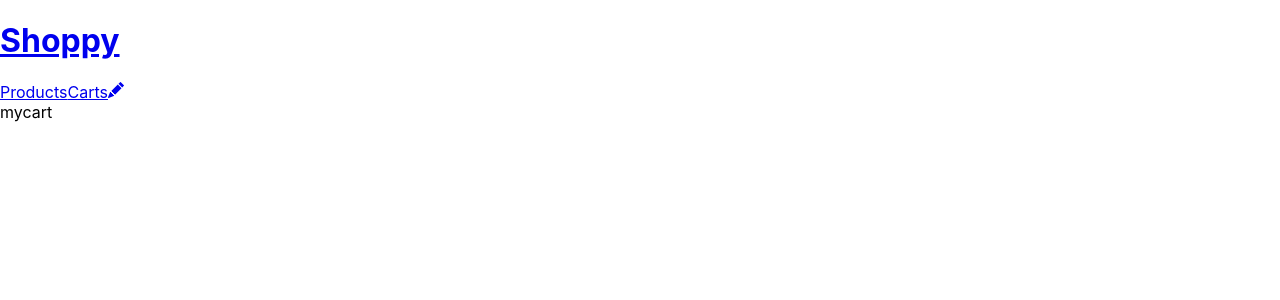
Repository: SeungYn/shoppy
Page: /carts
These files come from the project's save history. The page is drawn as it stood at one moment and after the next save; the edit follows.
The browser window is 1280 px wide. The pictures show the whole page.
The project was rebuilt for these pictures with package versions that can differ from the ones it lists, and the page was loaded fresh each time. Also part of the build but not shown: src/App.css, src/pages/Home.jsx, src/pages/AllProducts.jsx, src/pages/ProductDetail.jsx.

Above is the page before, as saved 2022-11-17 12:26:23.

After the next save:
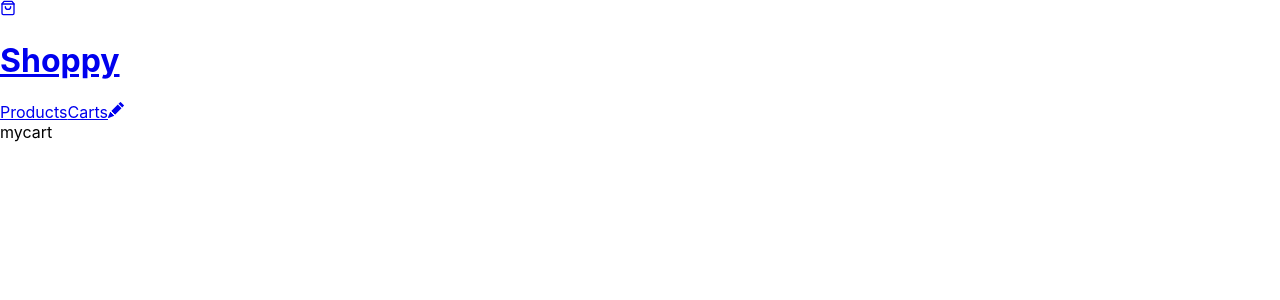
Saved 10 s later.
--- a/src/components/Header.jsx
+++ b/src/components/Header.jsx
@@ -7,6 +7,7 @@
   return (
     <header>
       <Link to='/'>
+        <FiShoppingBag />
         <h1>Shoppy</h1>
       </Link>
       <nav>
